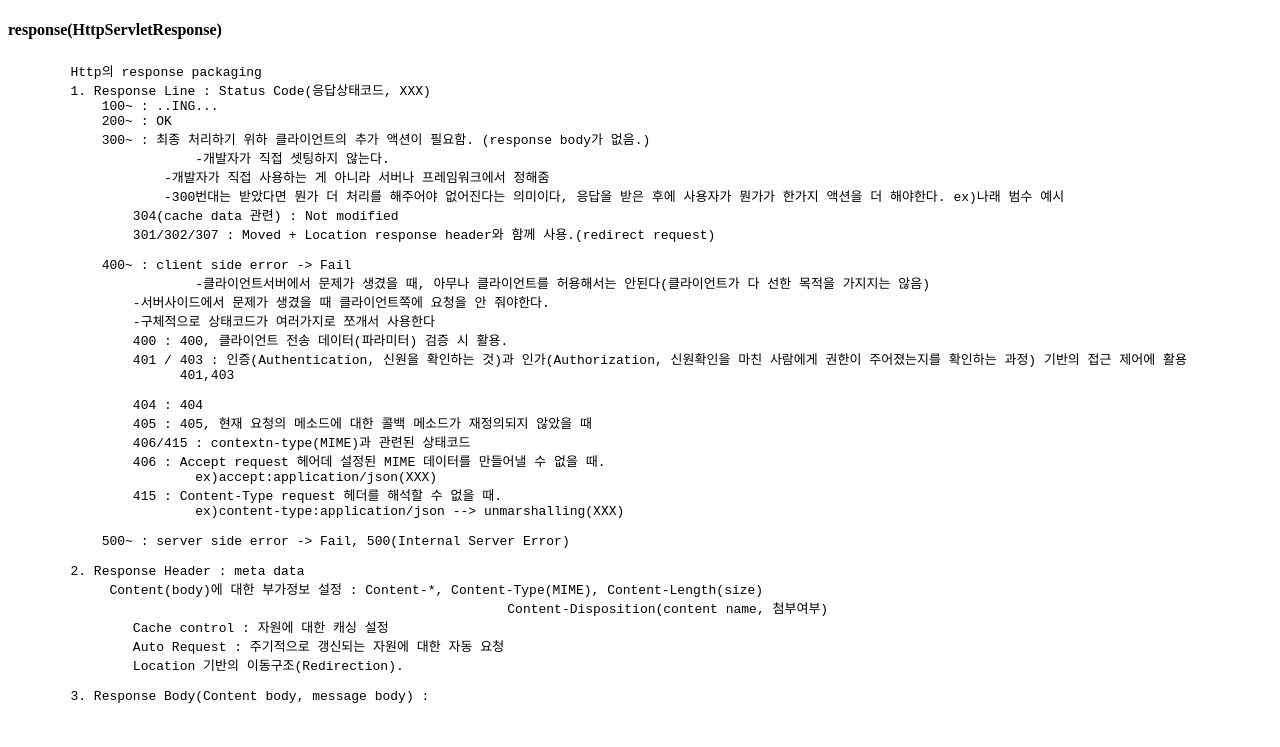
Repository: YOUNARAE/JSP
Page: http://localhost/WebStudy01/05/responseDesc.jsp
These files come from the project's save history. The page is drawn as it stood at one moment and after the next save; the edit follows.
The browser window is 1280 px wide. The pictures show the whole page.
The page is served by Tomcat 9.

Above is the page before, as saved 2022-12-13 06:54:13.

After the next save:
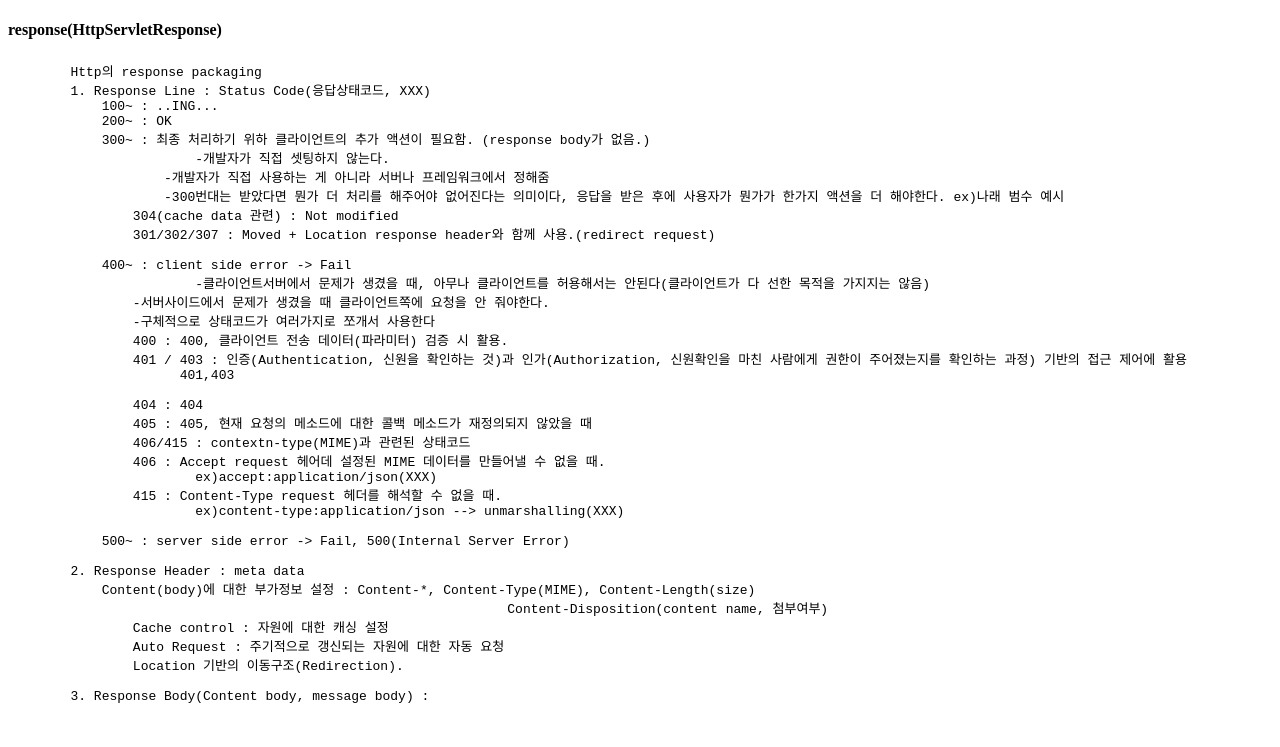
Saved 9 s later.
--- a/WebStudy01/src/main/webapp/05/responseDesc.jsp
+++ b/WebStudy01/src/main/webapp/05/responseDesc.jsp
@@ -45,7 +45,7 @@
 	    500~ : server side error -> Fail, 500(Internal Server Error)
 
 	2. Response Header : meta data
-	     Content(body)에 대한 부가정보 설정 : Content-*, Content-Type(MIME), Content-Length(size)
+	    Content(body)에 대한 부가정보 설정 : Content-*, Content-Type(MIME), Content-Length(size)
 	     							Content-Disposition(content name, 첨부여부)
 		Cache control : 자원에 대한 캐싱 설정
 		Auto Request : 주기적으로 갱신되는 자원에 대한 자동 요청
